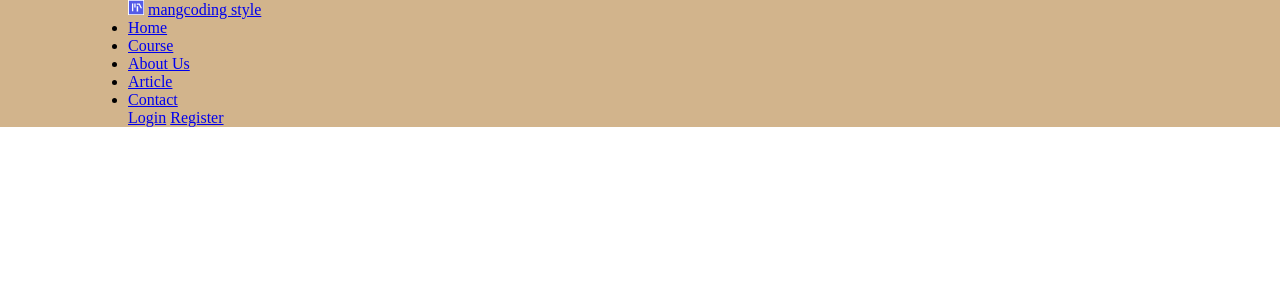
Repository: Dania-Alqam/landing-page
Page: index.html
These files come from the project's save history. The page is drawn as it stood at one moment and after a run of saves; the edit follows.
The browser window is 1280 px wide. The pictures show the whole page.

Above is the page before, as saved 2024-06-21 19:13:01.

After the next 5 saves:
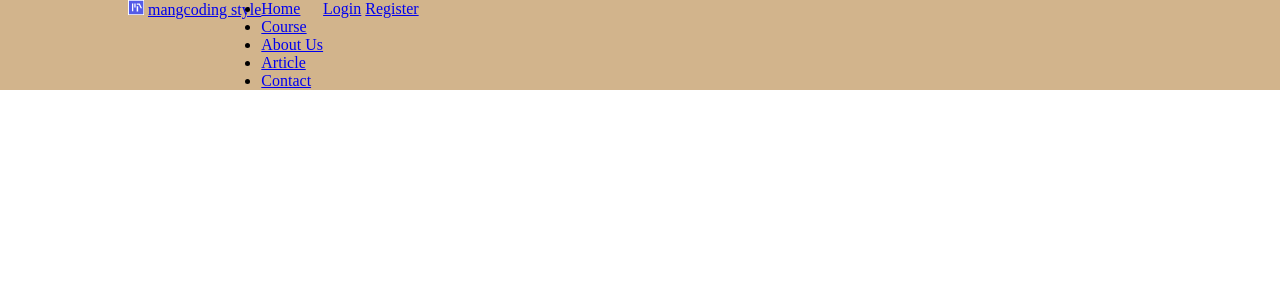
The 5 saves are shown as one change because they came seconds apart.
The last was saved 17 s later.
--- a/index.html
+++ b/index.html
@@ -10,32 +10,34 @@
   <body>
     <header class="header">
       <div class="container">
-        <div class="logo">
-          <img src="./assests/images/Logo.svg" alt="logo" />
-          <a href="#">mangcoding style</a>
-        </div>
-        <nav class="nav">
-          <ul>
-            <li>
-              <a href="#">Home</a>
-            </li>
-            <li>
-              <a href="#">Course</a>
-            </li>
-            <li>
-              <a href="#">About Us</a>
-            </li>
-            <li>
-              <a href="#">Article</a>
-            </li>
-            <li>
-              <a href="#">Contact</a>
-            </li>
-          </ul>
-        </nav>
-        <div class="auth">
-          <a href="#">Login</a>
-          <a href="#">Register</a>
+        <div class="row">
+          <div class="logo">
+            <img src="./assests/images/Logo.svg" alt="logo" />
+            <a href="#">mangcoding style</a>
+          </div>
+          <nav class="nav">
+            <ul>
+              <li>
+                <a href="#">Home</a>
+              </li>
+              <li>
+                <a href="#">Course</a>
+              </li>
+              <li>
+                <a href="#">About Us</a>
+              </li>
+              <li>
+                <a href="#">Article</a>
+              </li>
+              <li>
+                <a href="#">Contact</a>
+              </li>
+            </ul>
+          </nav>
+          <div class="auth">
+            <a href="#">Login</a>
+            <a href="#">Register</a>
+          </div>
         </div>
       </div>
     </header>
